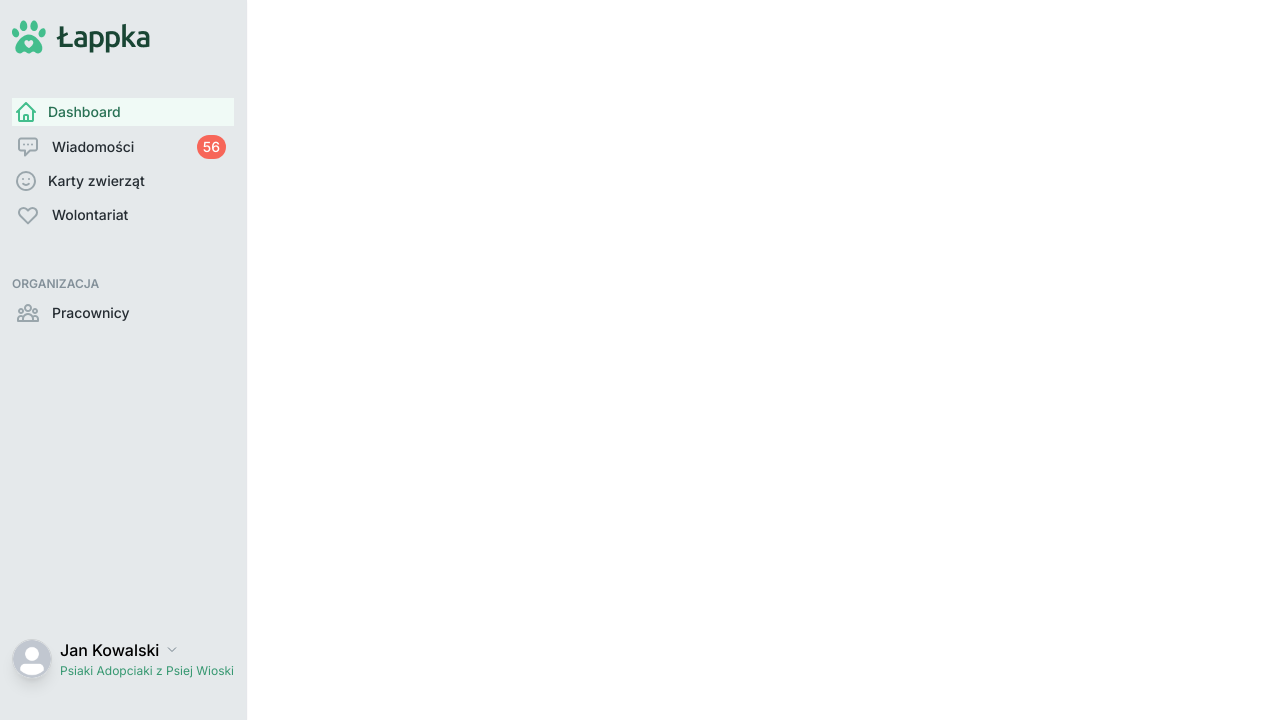
Repository: michalmilek/lappka
Page: /dashboard
These files come from the project's save history. The page is drawn as it stood at one moment and after the next save; the edit follows.
The browser window is 1280 px wide. The pictures show the whole page.
The project was rebuilt for these pictures with package versions that can differ from the ones it lists, and the page was loaded fresh each time. Also part of the build but not shown: src/components/customComponents/FormInput.tsx, src/components/customComponents/Button.tsx, src/components/LoginForm.tsx, src/components/Form/Form.tsx, src/pages/Login.tsx.

Above is the page before, as saved 2023-03-28 13:01:08.

### src/index.tsx
import React from 'react';
import ReactDOM from 'react-dom/client';
import './index.css';
import reportWebVitals from "./reportWebVitals";
import { RouterProvider, createBrowserRouter } from "react-router-dom";
import { ROUTES } from "./router/routes";
import Dashboard from "./pages/Dashboard";
import Login from "./pages/Login";

const router = createBrowserRouter([
  {
    path: ROUTES.HOME,
    element: <Login />,
  },
  {
    path: ROUTES.DASHBOARD,
    element: <Dashboard />,
  },
  /*   {
    path: ROUTES.ANIMALSCARDS,
    element: <LoginSite />,
  }, */
]);

const root = ReactDOM.createRoot(
  document.getElementById("root") as HTMLElement
);
root.render(
  <React.StrictMode>
    <RouterProvider router={router} />
  </React.StrictMode>
);

// If you want to start measuring performance in your app, pass a function
// to log results (for example: reportWebVitals(console.log))
// or send to an analytics endpoint. Learn more: https://bit.ly/CRA-vitals
reportWebVitals();

### src/index.css
@import url(https://fonts.googleapis.com/css?family=Inter:100,200,300,regular,500,600,700,800,900);

@tailwind base;
@tailwind components;
@tailwind utilities;


@layer base {
    *{
        @apply font-Inter
    }
}


@layer components {
    .hoverEffect{
        @apply hover:scale-105 transition-all duration-200 active:scale-95
    }

    .loginButton{
        @apply w-full bg-Primary/PR600 text-lightGray5 font-medium rounded-lg py-2 px-2
    }
    .registerButton{
        @apply w-full bg-white border border-Primary/PR100 text-darkGray2 font-medium rounded-lg py-2 px-2 shadow-registerBtn
    }

    .listLink {
        @apply flex gap-3 items-center tracking-veryVeryTight text-darkGray2 text-sm font-medium px-1 py-1 hover:cursor-pointer transition-all duration-300 hover:bg-gray-200 w-full
    }
}

### src/router/routes.ts
export const ROUTES = {
  HOME: "/",
  DASHBOARD: "/dashboard",
  ANIMALSCARDS: "/animals-cards",
};

### src/pages/Dashboard.tsx
import React from "react";
import Sidebar from "../components/Sidebar/Sidebar";

const Dashboard = () => {
  return (
    <main className="flex">
      <Sidebar />
      <div></div>
    </main>
  );
};

export default Dashboard;

### src/components/Sidebar/Sidebar.tsx
import React, { useState } from "react";
import Logo from "./Logo.png";
import { ReactComponent as HomeIcon } from "./icons/Vector.svg";
import { ReactComponent as MessageIcon } from "./icons/Messages.svg";
import { ReactComponent as AnimalsCards } from "./icons/AnimalsCards.svg";
import { ReactComponent as HeartIcon } from "./icons/Heart.svg";
import { ReactComponent as EmployeesIcon } from "./icons/Workers.svg";
import { ReactComponent as ArrowIcon } from "./icons/Arrow.svg";
import { AnimatePresence, motion as m } from "framer-motion";

const UserMenu = ["test1", "test2", "test3", "test4"];

const Sidebar = () => {
  const [isOpen, setIsOpen] = useState(false);
  return (
    <nav className="border-r bg-lightGray3 shadow-registerBtn">
      <div className="px-3 py-5 pb-10 min-h-screen flex flex-col min-w-[200px] justify-between">
        <div className="flex flex-col items-start justify-start gap-11">
          <img
            src={Logo}
            alt="Logo"
          />

          <ul className="flex flex-col items-start justify-center gap-1 w-full">
            <li className="listLink bg-bgGreen !text-Primary/PR700">
              <HomeIcon /> Dashboard
            </li>
            <li className="listLink relative">
              <MessageIcon /> Wiadomości
              <span className="absolute text-sm right-2 bg-orange flex justify-center items-center top-[50%] translate-y-[-50%] rounded-xl p-[2px] px-[6px] text-white">
                56
              </span>
            </li>
            <li className="listLink">
              <AnimalsCards /> Karty zwierząt
            </li>
            <li className="listLink">
              <HeartIcon /> Wolontariat
            </li>
          </ul>

          <div className="flex flex-col items-start justify-center gap-1 w-full">
            <p className="uppercase text-[12px] text-midGray3 font-semibold mb-0">
              Organizacja
            </p>
            <ul className="w-full flex flex-col">
              <li className="listLink">
                <EmployeesIcon /> Pracownicy
              </li>
            </ul>
          </div>
        </div>
        <div className="flex flex-col gap-4">
          <div className="flex gap-2 items-center justify-center">
            <img
              className="w-10 h-10 rounded-full border-opacity01 border shadow-lg"
              src="data:[embedded picture, 3758 characters]"
              alt="avatar"
            />

            <div
              className="flex flex-col items-start justify-center cursor-pointer"
              onClick={() => setIsOpen((prev) => !prev)}>
              <h4 className="flex items-center gap-2 font-medium tracking-veryVeryTight">
                Jan Kowalski{" "}
                <ArrowIcon
                  className={`${
                    isOpen ? "rotate-180" : null
                  } transition-all duration-200`}
                />
              </h4>
              <p className="text-Primary/PR600 text-[12px]">
                Psiaki Adopciaki z Psiej Wioski
              </p>
            </div>
          </div>
          <AnimatePresence>
            {isOpen && (
              <m.ul
                initial={{
                  height: 0,
                  opacity: 0,
                }}
                animate={{
                  height: "auto",
                  opacity: 1,
                }}
                exit={{
                  height: 0,
                  opacity: 0,
                }}
                transition={{
                  type: "tween",
                  ease: "easeIn",
                  stiffness: 100,
                }}>
                {UserMenu.map((item: string) => (
                  <li
                    className="listLink"
                    key={item}>
                    {item}
                  </li>
                ))}
              </m.ul>
            )}
          </AnimatePresence>
        </div>
      </div>
    </nav>
  );
};

export default Sidebar;

### tailwind.config.js
/** @type {import('tailwindcss').Config} */
module.exports = {
  content: ["./src/**/*.{js,jsx,ts,tsx}"],
  important: true,
  theme: {
    extend: {
      colors: {
        "Primary/PR600": "#369871",
        "Primary/PR100": "#E1F5ED",
        "Primary/PR500": "#43BE8D",
        "Primary/PR700": "#287154",
        orange: "#F76659",
        bgGreen: "#F0FAF6",
        "Primary/PR800": "#205B43",
        midGray2: "#6E7C87",
        lightGray1: "#D5DADD",
        lightGray3: "#E5E9EB",
        lightGray4: "#EEF0F2",
        lightGray5: "#F6F7F9",
        midGray5: "#B0BABF",
        midGray4: "#9AA6AC",
        midGray3: "#84919A",
        darkGray2: "#252C32",
      },
      fontFamily: {
        Inter: ["Inter", "sans-serif"],
      },
      letterSpacing: {
        veryTight: "-.006em",
        veryVeryTight: "-0.003em",
        wide18em: "0.018em",
      },
      boxShadow: {
        registerBtn: "0px 1px 2px rgba(16, 24, 40, 0.05)",
      },
      borderColor: {
        opacity01: "rgba(0, 0, 0, 0.1)",
      },
    },
  },
  plugins: [require("@tailwindcss/forms")],
};

Loaded but not shown: public/index.html (common file); src/reportWebVitals.ts (common file)

After the next save:
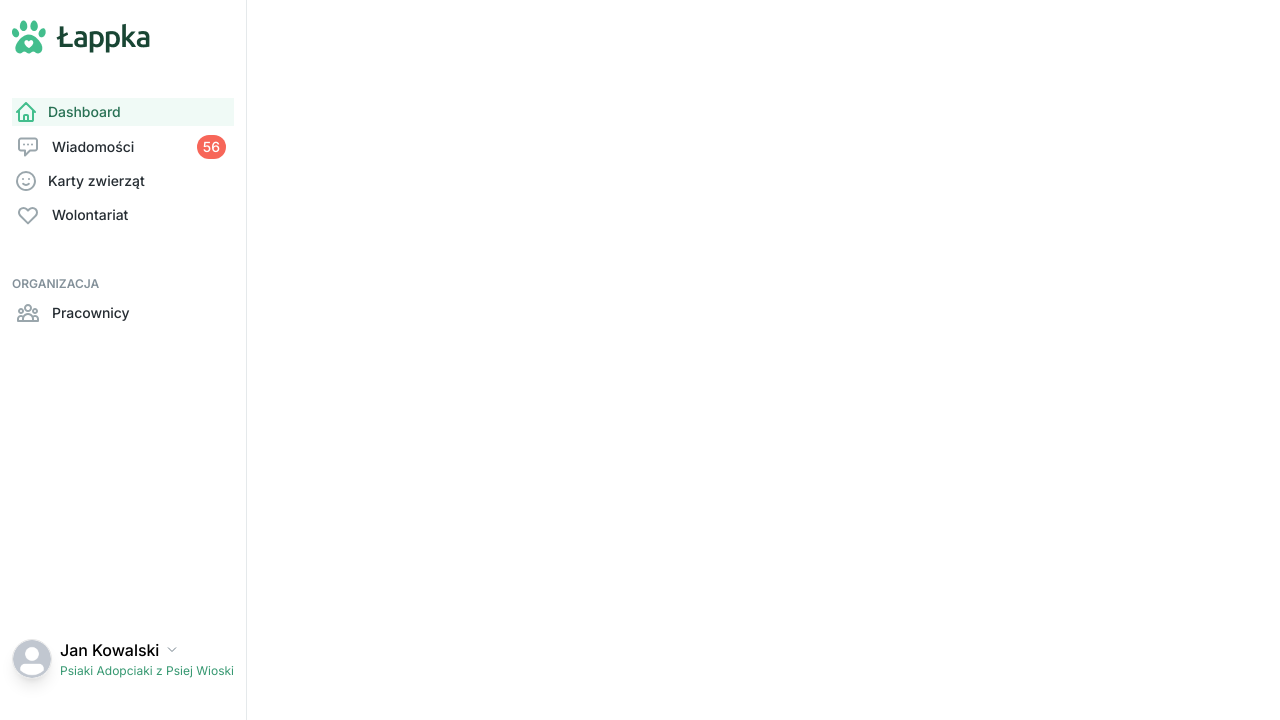
Saved 16 s later.
--- a/src/components/Sidebar/Sidebar.tsx
+++ b/src/components/Sidebar/Sidebar.tsx
@@ -13,7 +13,7 @@ const UserMenu = ["test1", "test2", "test3", "test4"];
 const Sidebar = () => {
   const [isOpen, setIsOpen] = useState(false);
   return (
-    <nav className="border-r bg-lightGray3 shadow-registerBtn">
+    <nav className="border-r border-lightGray3">
       <div className="px-3 py-5 pb-10 min-h-screen flex flex-col min-w-[200px] justify-between">
         <div className="flex flex-col items-start justify-start gap-11">
           <img
